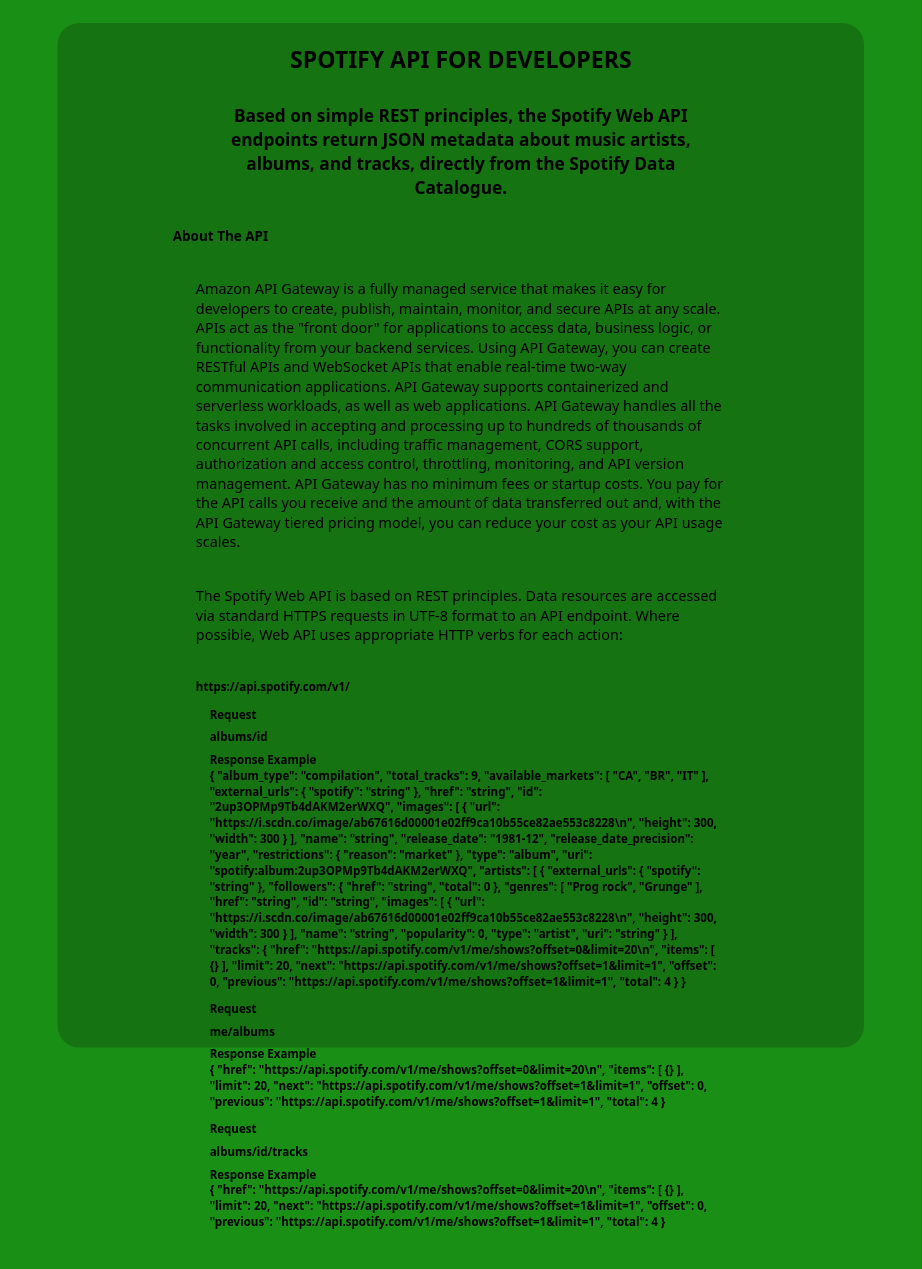
Repository: eliasihai/dizza-html-project
Page: index.html
The author's editor kept a copy of each file at every save. The page is drawn from the files as they stood at one save, then again after the next save.
The browser window is 1280 px wide. The pictures show the whole page, at 72% of full size.

Above is the page before, as saved 2022-01-28 00:30:01.

### index.html
<!DOCTYPE html>
<html lang="en">
  <head>
    <meta charset="UTF-8" />
    <meta http-equiv="X-UA-Compatible" content="IE=edge" />
    <meta name="viewport" content="width=device-width, initial-scale=1.0" />
    <link rel="stylesheet" href="style.css" />
    <link rel="preconnect" href="https://fonts.googleapis.com" />
    <link rel="preconnect" href="https://fonts.gstatic.com" crossorigin />
    <link
      href="https://fonts.googleapis.com/css2?family=Source+Serif+4:ital,wght@0,300;0,400;0,500;0,700;1,300;1,700&display=swap"
      rel="stylesheet"
    />
    <title>Spotify API</title>
  </head>
  <body>
    <div class="container">
      <div class="header_container">
        <!-- <div>
          <img
            src="./png-transparent-youtube-logo-youtube-logo-computer-icons-subscribe-angle-rectangle-airplane.png"
            width="150px"
            alt="This is AWS API image"
          />
        </div> -->
        <div class="title_style">
          <h1>SPOTIFY API FOR DEVELOPERS</h1>
          <h2>
            Based on simple REST principles, the Spotify Web API endpoints
            return JSON metadata about music artists, albums, and tracks,
            directly from the Spotify Data Catalogue.
          </h2>
        </div>
      </div>

      <div class="describe_container">
        <h3>About The API</h3>
        <div class="describe_text">
          Amazon API Gateway is a fully managed service that makes it easy for
          developers to create, publish, maintain, monitor, and secure APIs at
          any scale. APIs act as the "front door" for applications to access
          data, business logic, or functionality from your backend services.
          Using API Gateway, you can create RESTful APIs and WebSocket APIs that
          enable real-time two-way communication applications. API Gateway
          supports containerized and serverless workloads, as well as web
          applications. API Gateway handles all the tasks involved in accepting
          and processing up to hundreds of thousands of concurrent API calls,
          including traffic management, CORS support, authorization and access
          control, throttling, monitoring, and API version management. API
          Gateway has no minimum fees or startup costs. You pay for the API
          calls you receive and the amount of data transferred out and, with the
          API Gateway tiered pricing model, you can reduce your cost as your API
          usage scales.
        </div>
        <div class="about_request">
          The Spotify Web API is based on REST principles. Data resources are
          accessed via standard HTTPS requests in UTF-8 format to an API
          endpoint. Where possible, Web API uses appropriate HTTP verbs for each
          action:
        </div>
        <div class="list_container">
          <p>https://api.spotify.com/v1/</p>
          <ul>
            <div class="data_container">
              <div class="request_p">Request</div>
              <li>albums/id</li>
              <div class="response_p">Response Example</div>
              <div>
                { "album_type": "compilation", "total_tracks": 9,
                "available_markets": [ "CA", "BR", "IT" ], "external_urls": {
                "spotify": "string" }, "href": "string", "id":
                "2up3OPMp9Tb4dAKM2erWXQ", "images": [ { "url":
                "https://i.scdn.co/image/ab67616d00001e02ff9ca10b55ce82ae553c8228\n",
                "height": 300, "width": 300 } ], "name": "string",
                "release_date": "1981-12", "release_date_precision": "year",
                "restrictions": { "reason": "market" }, "type": "album", "uri":
                "spotify:album:2up3OPMp9Tb4dAKM2erWXQ", "artists": [ {
                "external_urls": { "spotify": "string" }, "followers": { "href":
                "string", "total": 0 }, "genres": [ "Prog rock", "Grunge" ],
                "href": "string", "id": "string", "images": [ { "url":
                "https://i.scdn.co/image/ab67616d00001e02ff9ca10b55ce82ae553c8228\n",
                "height": 300, "width": 300 } ], "name": "string", "popularity":
                0, "type": "artist", "uri": "string" } ], "tracks": { "href":
                "https://api.spotify.com/v1/me/shows?offset=0&limit=20\n",
                "items": [ {} ], "limit": 20, "next":
                "https://api.spotify.com/v1/me/shows?offset=1&limit=1",
                "offset": 0, "previous":
                "https://api.spotify.com/v1/me/shows?offset=1&limit=1", "total":
                4 } }
              </div>
            </div>
            <div class="data_container">
              <div class="request_p">Request</div>
              <li>me/albums</li>
              <div class="response_p">Response Example</div>
              <div>
                { "href":
                "https://api.spotify.com/v1/me/shows?offset=0&limit=20\n",
                "items": [ {} ], "limit": 20, "next":
                "https://api.spotify.com/v1/me/shows?offset=1&limit=1",
                "offset": 0, "previous":
                "https://api.spotify.com/v1/me/shows?offset=1&limit=1", "total":
                4 }
              </div>
            </div>
            <div class="data_container">
              <div class="request_p">Request</div>
              <li>albums/id/tracks</li>
              <div class="response_p">Response Example</div>
              <div>
                { "href":
                "https://api.spotify.com/v1/me/shows?offset=0&limit=20\n",
                "items": [ {} ], "limit": 20, "next":
                "https://api.spotify.com/v1/me/shows?offset=1&limit=1",
                "offset": 0, "previous":
                "https://api.spotify.com/v1/me/shows?offset=1&limit=1", "total":
                4 }
              </div>
            </div>
          </ul>
        </div>
      </div>
    </div>
  </body>
</html>

### style.css
body {
  min-block-size: 100%;
  min-inline-size: 100%;
  margin: 0;
  box-sizing: border-box;
  display: grid;
  place-content: center;
  font-family: system-ui, sans-serif;
}
html {
  block-size: 100%;
  inline-size: 100%;
  margin: 0;
  font-family: "Source Serif 4", sans-serif;
  background-color: rgba(26, 143, 22);
}
.container {
  height: 80%;
  /* background-position: center; */
  /* background-repeat: no-repeat; */
  /* background-size: cover; */
  padding: 0.4em 10em;
  margin: 2em 5em;
  background-color: rgba(0, 0, 0, 0.2);
  border-radius: 30px;
}
.header_container {
  display: flex;
  flex-direction: column;
}
.title_style {
  display: flex;
  flex-direction: column;
  text-align: center;
}
.title_style h2 {
  padding: 0 3em;
}
.describe_container .about_request,
.describe_container .describe_text {
  margin: 3rem 2rem;
  font-size: 1.25em;
}
/* .describe_text {
  margin: 3rem 2rem;
} */
.list_container {
  /* align-items: center;
  justify-content: flex-start;
  flex: 50%; */
  font-weight: 600;
  margin: 0.1rem 2rem !important;
}
.list_container ul{
  padding-left: 1.2em !important;
}
.list_container ul li{
  position: relative;
  display: inline-block;
  padding: 0.6em 0em !important;
}
.data_container{
  margin: 1em 0em;
}

/* .list_container li:hover{
  background-color: rgba(131, 131, 131, 0.7);
  transition: transform .9s ease;
  display: inline-block;
}
.list_container li:::before {
  transform: scaleX(0);
  transform-origin: bottom right;
}

.list_container li:hover::before {
  transform: scaleX(1);
  transform-origin: bottom left;
} */

.list_container li::before {
  transform: scaleX(0);
  transform-origin: bottom right;
}

.list_container li:hover::before {
  transform: scaleX(1);
  transform-origin: bottom left;
}

.list_container li::before {
  content: " ";
  display: block;
  position: absolute;
  top: 0; right: 0; bottom: 0; left: 0;
  inset: 0 0 0 0;
  background: hsl(200 100% 80%);
  z-index: -1;
  transition: transform .5s ease;
}

After the next save:
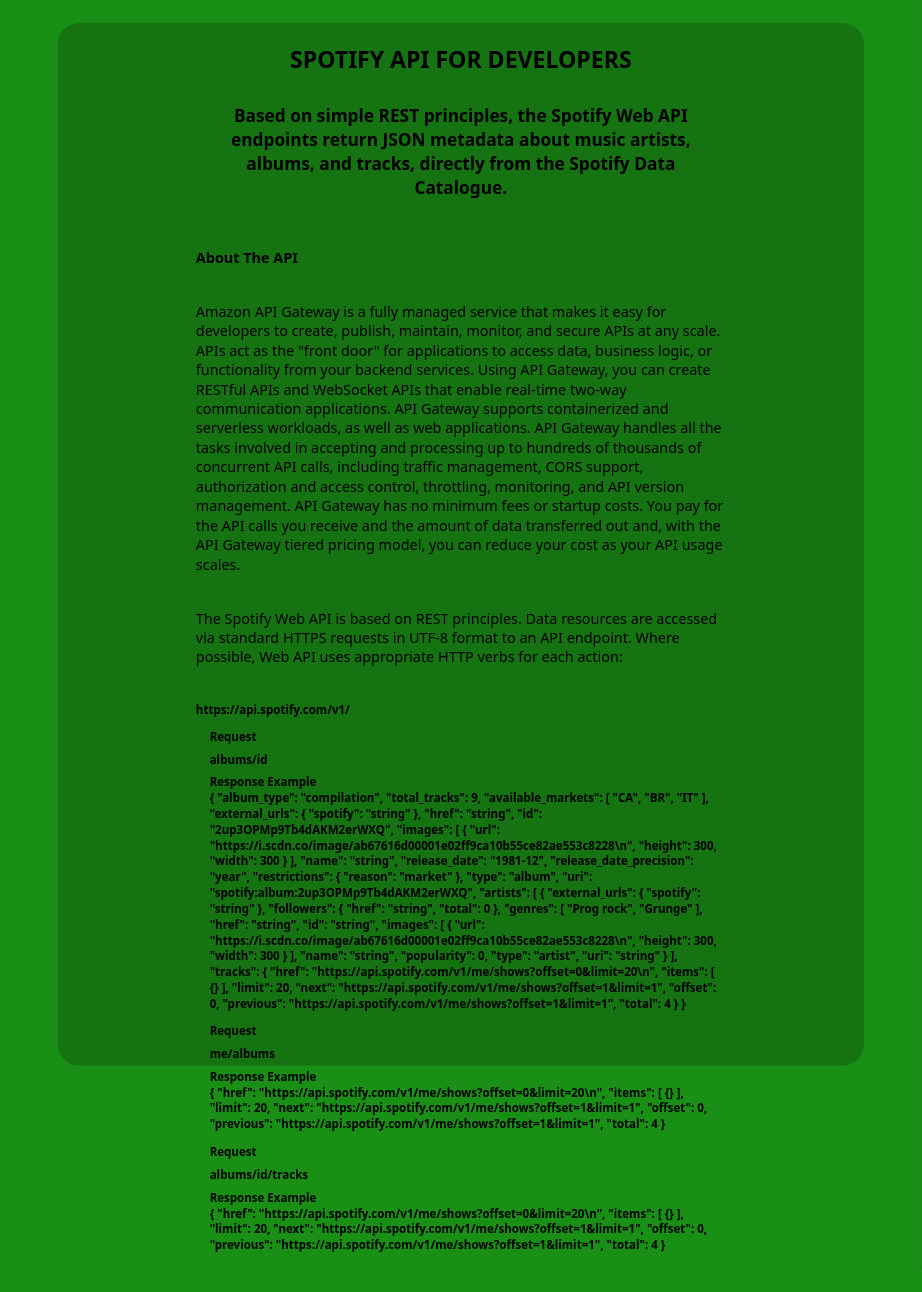
Saved 52 s later.
--- a/style.css
+++ b/style.css
@@ -37,17 +37,15 @@
   padding: 0 3em;
 }
 .describe_container .about_request,
-.describe_container .describe_text {
+.describe_container .describe_text,
+.describe_container h3 {
   margin: 3rem 2rem;
   font-size: 1.25em;
 }
-/* .describe_text {
-  margin: 3rem 2rem;
-} */
+
+
 .list_container {
-  /* align-items: center;
-  justify-content: flex-start;
-  flex: 50%; */
+
   font-weight: 600;
   margin: 0.1rem 2rem !important;
 }
@@ -62,22 +60,6 @@
 .data_container{
   margin: 1em 0em;
 }
-
-/* .list_container li:hover{
-  background-color: rgba(131, 131, 131, 0.7);
-  transition: transform .9s ease;
-  display: inline-block;
-}
-.list_container li:::before {
-  transform: scaleX(0);
-  transform-origin: bottom right;
-}
-
-.list_container li:hover::before {
-  transform: scaleX(1);
-  transform-origin: bottom left;
-} */
-
 .list_container li::before {
   transform: scaleX(0);
   transform-origin: bottom right;
